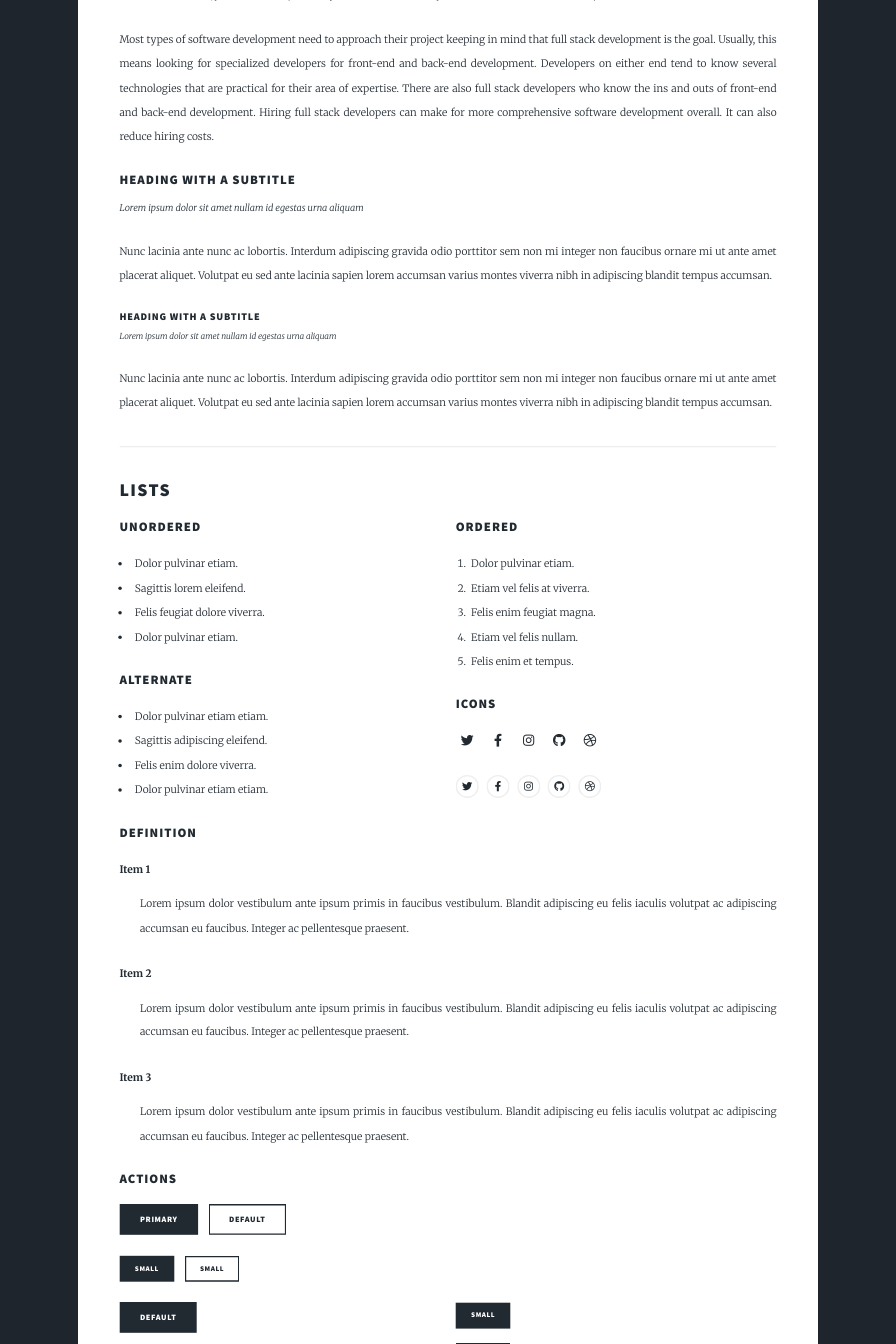
Repository: enlilsudo/Orlando-Portfolio
Page: elements.html
The author's editor kept a copy of each file at every save. The page is drawn from the files as they stood at one save, then again after the next save.
The browser window is 1280 px wide. The pictures show the part of the page from y = 1930 to 3850 px (the page is 10389 px tall before and 10452 px after), at 70% of full size.

Above is the page before, as saved 2023-02-19 14:17:41.

After the next save:
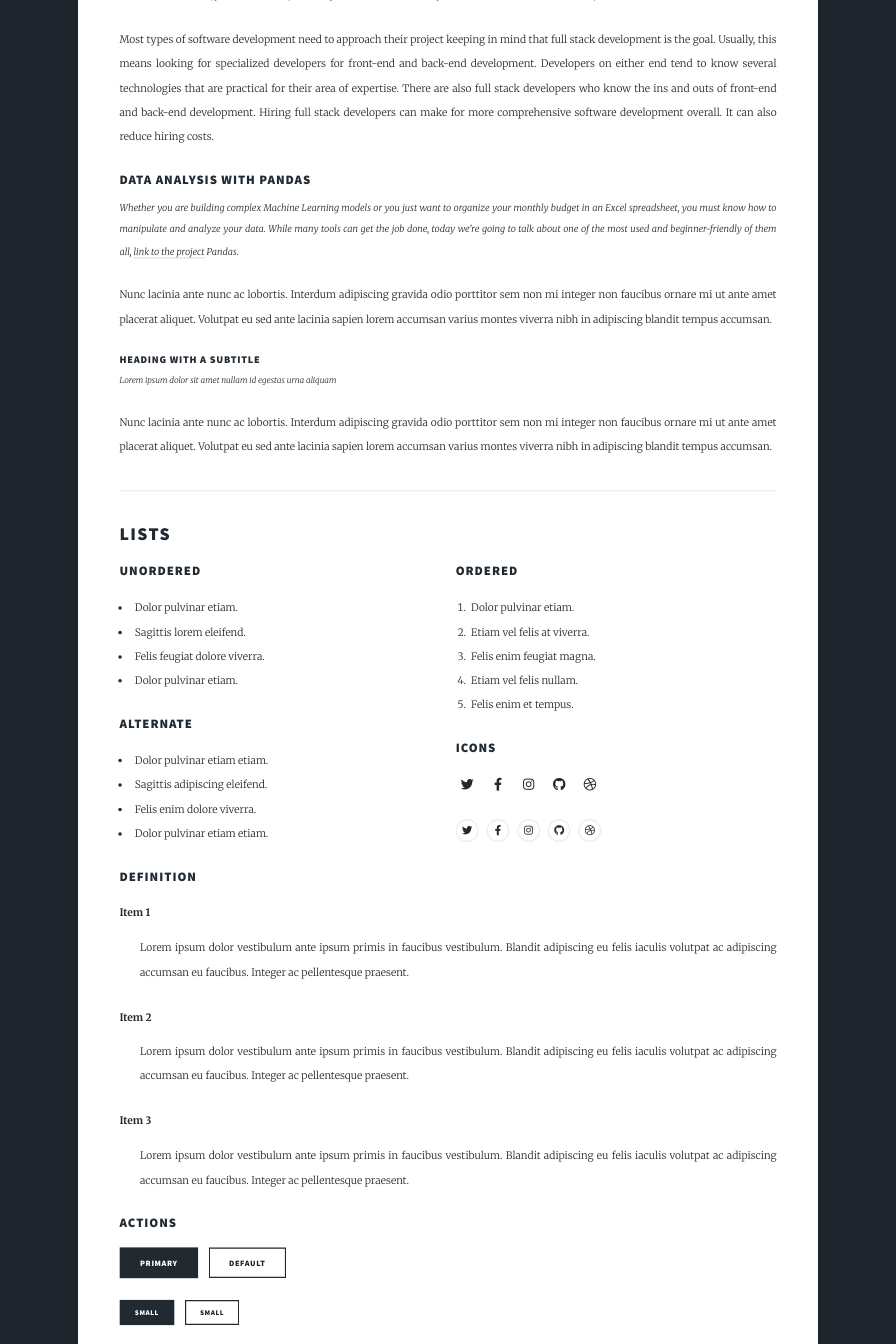
Saved 6 min 17 s later.
--- a/elements.html
+++ b/elements.html
@@ -89,8 +89,9 @@
 										There are also full stack developers who know the ins and outs of front-end and back-end development.
 										Hiring full stack developers can make for more comprehensive software development overall. It can also reduce hiring costs. </p>
 									<header>
-										<h3>Heading with a Subtitle</h3>
-										<p>Lorem ipsum dolor sit amet nullam id egestas urna aliquam</p>
+										<h3>Data analysis with Pandas</h3>
+										<p>Whether you are building complex Machine Learning models or you just want to organize your monthly budget in an Excel spreadsheet, you must know how to manipulate and analyze your data.
+											While many tools can get the job done, today we’re going to talk about one of the most used and beginner-friendly of them all, <a href="https://storybook.js.org/">link to the project</a> Pandas.</p>
 									</header>
 									<p>Nunc lacinia ante nunc ac lobortis. Interdum adipiscing gravida odio porttitor sem non mi integer non faucibus ornare mi ut ante amet placerat aliquet. Volutpat eu sed ante lacinia sapien lorem accumsan varius montes viverra nibh in adipiscing blandit tempus accumsan.</p>
 									<header>
